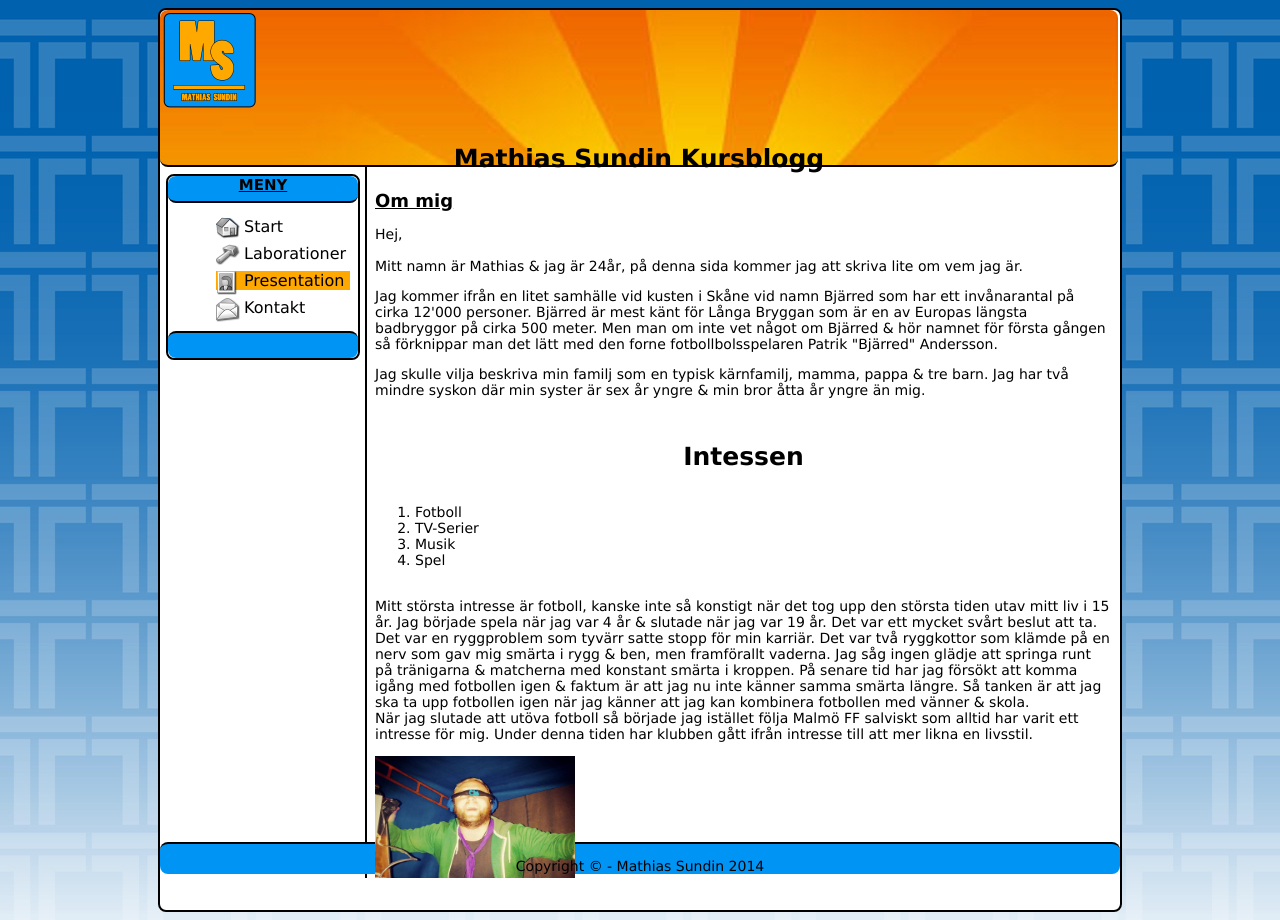
Repository: ms223uh/1ik415-laborationer
Page: www/pages/presentation.html
The author's editor kept a record of every edit. The page is drawn from the files as they stood at one moment, then again after the next edit.
The browser window is 1280 px wide. The pictures show the whole page.
An inner scrolling area shows only its first screen.

Above is the page before.

### www/pages/presentation.html
<!DOCTYPE html>

<html lang="sv">

    <head>
        <meta http-equiv="content-type" content="text/html; charset=utf-8" />
        <meta name="viewport" content="width=device-width, initial-scale=1.0" />

    <link rel="stylesheet" href="../css/style.css">
    <link rel="stylesheet" type="text/css" media="only screen and (max-width: 480px)" href="../css/mobile.css" />
    <link rel="stylesheet" href="../css/print.css">

        <title>Mathias Sundin</title>
    </head>
    <body>
    <!--Startsida-->

    <div id="wrapper">


    <div id="head">



            <img src="../pics/logo1.png" width="100" height="100" alt="Logo">

            <h4>Mathias Sundin Kursblogg</h4>




        </div>




<div id="meny">

<div id="head3"><h3>MENY</h3></div>
        <ul id="menyli">
            <li><a class="index" href="../index.html">Start</a></li>
            <li><a class="laborationer" href="laborationer.html">Laborationer</a></li>
            <li class="active"><a class="presentation" href="presentation.html">Presentation</a></li>
            <li><a class="kontakt" href="kontakt.html">Kontakt</a></li>

        </ul>



        <div id="footer2"> </div>

</div>

        <div id="content">





            <h2>Om mig</h2>

                <p>Hej,

            Mitt namn är Mathias & jag är 24år, på denna sida kommer jag att skriva lite om vem jag är. </p>

            <p>Jag kommer ifrån en litet samhälle vid kusten i Skåne vid namn Bjärred som har ett invånarantal på cirka 12'000 personer. Bjärred är mest känt för Långa Bryggan som är en av Europas längsta badbryggor på cirka 500 meter. Men man om inte vet något om Bjärred & hör namnet för första gången så förknippar man det lätt med den forne fotbollbolsspelaren Patrik "Bjärred" Andersson.</p>
            <p>Jag skulle vilja beskriva min familj som en typisk kärnfamilj, mamma, pappa & tre barn. Jag har två mindre syskon där min syster är sex år yngre & min bror åtta år yngre än mig.</p>

            <h4>Intessen</h4>
            <ol>
                <li>Fotboll</li>

                <li>TV-Serier</li>
                <li>Musik</li>
                <li>Spel</li>
            </ol>

            <p>
                Mitt största intresse är fotboll, kanske inte så konstigt när det tog upp den största tiden utav mitt liv i 15 år. Jag började spela när jag var 4 år & slutade när jag var 19 år. Det var ett mycket svårt beslut att ta. Det var en ryggproblem som tyvärr satte stopp för min karriär. Det var två ryggkottor som klämde på en nerv som gav mig smärta i rygg & ben, men framförallt vaderna. Jag såg ingen glädje att springa runt på tränigarna & matcherna med konstant smärta i kroppen. På senare tid har jag försökt att komma igång med fotbollen igen & faktum är att jag nu inte känner samma smärta längre. Så tanken är att jag ska ta upp fotbollen igen när jag känner att jag kan kombinera fotbollen med vänner & skola.
                När jag slutade att utöva fotboll så började jag istället följa Malmö FF salviskt som alltid har varit ett intresse för mig. Under denna tiden har klubben gått ifrån intresse till att mer likna en livsstil.
            </p>

            <a name="pic1"><img src="../pics/me1.jpeg" width="200" height="175"></a>
            <p>
                Ett av mina andra stora intresse är TV-Serier. Jag vet inte hur många serier jag har sett under mina år, man kan säga att jag har tappat räkningen för längesedan. Ett tag följde jag nog 5 serier samtidigt, så det blev ganska svårt att hålla koll på vilken som var vilken till slut. Vilket ledde till att jag tappade suget för  en del utav dom & sluta följa dom. Min topp3-lista för serier jag har sett består av: Band of Brothers, Lost & Weeds.
                Även musik är ett mycket stort intresse för mig - jag tycker att musik kan påverka oss olika lägen & situationer vi befinner oss i. Sen jobbar jag även som DJ på tillställningar ibland. En av mina drömmar är att spela på en stor housefestival, men då jag lägger för lite tid på spelningar så får jag vara glad för de spelningar jag gör.
                Data/TV-Spel är en stor passion. Förr vågade man inte tala om det på samma sätt som idag, & det beror väll på att E-Sporten har blivit mer accepterad i vårt samhälle idag än tidigare. Spelen jag spelar är CS:GO & SC2:Hots, FM-serien, men det spel jag nog har lagt flest timmar på är FIFA. Även det spel som har gett mig mest blåmärken på benen, då det är så stor prestige när man möter sina vänner. Så när man släpper in ett mål eller förlorar så slår man till sig själv.

            </p>

            <h4>Tidigare Erfarenhet</h4>

            <ul>
                <li><h4>Utbildning</h4>
                    <ul>
                        <li>Gymnasiet, El/data - Nätverk</li>
                        <li>Universitet, Lärare(avbruten)</li>
                        <li>Komvux</li>
                        <li>Fotboll, Tränare steg 1</li>
                    </ul>
                </li>
            </ul>

            <ul>
                <li><h4>Arbete</h4>
                    <ul>
                        <li>Vikarie, skola</li>
                        <li>Personlig assistent, diabetes</li>
                        <li>Servitör, restuarang</li>
                        <li>Fotbollstränare, fotbollsskola</li>
                    </ul>
                </li>
            </ul>


                   <p>
                       På gymnasiet läste jag el/data med inriktning på nätverk. Under denna utbildning fick jag även lära mig att koda i XHTML, CSS & SQL. Mitt gymnasie var privatägt & alla vet att då handlar det nästan bara om pengar. Så under mina tre år på skolan så hade vi tre rektorer, vilket påverkade min framtid efter studenten. Jag var mycket säker på vilken väg jag ville gå, men efter allt kaos på skolan så tappade jag motivationen för min utbildning.
                       Jag blev istället vikarie på flera enheter hemma i Bjärred, jag undervisade allt ifrån förskola till högstadie. Just då kändes detta som en naturlig väg att gå, så jag hoppade på lärarutbildningen i Uppsala. Under min studiegång i Uppsala fick jag reda på att min yngsta moster var sjuk i cancer & fokuset på skolan var inte helt 100. Men jag klarade mig fram till sommaren. När höstterminen började blev även min mosters läge sämre, samtalen hem blev allt mer frekvensa. Till slut bestämde jag mig för att ta en paus ifrån utbildningen då jag inte kunde hålla fullt fokus på grund av allt som pågick.
                       Jag bodde hemma i cirka en månad innan min moster gick bort. Någon vecka efter hennes bortgång var det dags att flytta upp till Uppsala igen & ta igen allt jag hade missat. Men det slutade med att jag avbröt mina studier helt & flyttade hem till Bjärre igen. När jag väl kom hem började jag jobba som vikarie igen & senare som  personlig assistent för en yngre kille med diabetes. Under denna tiden började intresset för min utbildning som jag läst på gymnasiet komma tillbaka & en massa idéer som  som jag vill göra i framtiden dök upp i huvudet på mig. Jag slutade som vikarie & började läsa upp två betyg på komvux i Malmö för att komma in på utbildningen som jag befinner mig på nu,
                       Utvecklare av Digitala Tjänster.
                   </p>

                  <dl>
                      <h4><dt>Vad jag är bra på</dt></h4>
                      <dd>
                          Jag är bra på att priotera vad som ska göras & struktuera upp saker & arbeten. Jag är även mycket bra på att föra mig socialt & har lätt för att skapa nya kontakter.
                          Idag är har jag stor motivation & har fullt fokus på det som jag arbetar med. Jag är mycket positiv & älskar att sprida glädje till min omgivning.
                      </dd>
                      <h4><dt>Vad jag är mindre bra på</dt></h4>
                      <dd>
                          En av mina svaga sidor är att jag ibland(inte så ofta) kan tappa humöret när saker & ting inte fungerar som det ska. Jag arbetar mycket på denna punkt för jag vet
                          att det kommer dyka upp många problemlösningar under utbilningen på LNU. Trots att jag är socialt lagd, så tycker jag inte om att redovisa, det är bland det värsta jag vet.
                          Men när jag väl har börjat så flyter det på.
                      </dd>
                  </dl>










        </div>

    <div id="footer">

        <p>Copyright © - Mathias Sundin 2014</p>

    </div>


        </div>
















    </body>
</html>

### www/css/style.css

/* Layout */

body
{
    background: url(pics/backgroundimage2.jpeg) no-repeat;
}


#wrapper
{
    background-color: #ffffff;
    width: 960px;
    height: 900px;
    margin-right: auto;
    margin-left: auto;
    border: solid 2px #000000;
    border-radius: 8px;

}




#head
{
    width: 958px;
    height: 155px;
    background-color: #FFFFFF;
    border-radius: 8px;
    border-bottom: solid 2px #000000;
    margin-top: 0px;
    background: url(pics/backgroundimage8.jpeg) no-repeat;


}


#head2
{
    width: auto;
    height: 25px;
    background-color: #0095F4;
    border-bottom: solid 2px #000000;
    text-align: center;
    border-radius: 8px;
    margin-top: 0px;
}


#head3
{
    width: auto;
    height: 25px;
    background-color: #0095F4;
    border-bottom: solid 2px #000000;
    text-align: center;
    border-radius: 8px;
    margin-top: -15px;
}




#content
{
    height: 695px;
    background-color: #ffffff;
    margin-left: 205px;
    margin-top: 0px;
    padding: 8px;
    overflow: auto;
    border-left: solid 2px #000000;
}




#meny
{
    /*background-image: url('pics/sprite.png') no-repeat;*/
    width: 190px;
    height: 182px;
    background-color: #FFFFFF;
    border: solid 2px #000000;
    float: left;
    margin-top: 7px;
    margin-left: 6px;
    border-radius: 8px;

}


#menyli a:link { text-decoration: none; color: #000000; font-family: verdana; font-size: 16px;}
#menyli a:visited { text-decoration: none; color: #000000; font-family: verdana; font-size: 16px; }
#menyli a:active { text-decoration: none; color: #000000; font-family: verdana; font-size: 16px; }
#menyli li a:hover { text-decoration: none; color: #CCCCCC; font-family: verdana; font-size: 16px; background: #0095F4; }


#menyli li
{
    list-style: none;
    margin: 8px;
}

#meny a
{
    background-image: url('pics/sprite.png');
    background-repeat:no-repeat;
    padding-left: 28px;
    padding-bottom: 5px;
}




#footer
{
    background-color: #0095F4;
    width: auto;
    height: 30px;
    border-radius: 8px;
    border-top: solid 2px #000000;
    text-align: center;
    vertical-align: middle;
    margin-top: -36px;

}


#footer2
{
    width: auto;
    height: 25px;
    background-color: #0095F4;
    border-top: solid 2px #000000;
    text-align: center;
    border-radius: 8px;
}


#footer3
{
    width: auto;
    height: 25px;
    background-color: #0095F4;
    border-top: solid 2px #000000;
    text-align: center;
    border-radius: 8px;
    margin-top: -157px;
}



/* Typografi */


p
{
    font-family: Verdana; font-size: 14px; color: #000000;
    white-space: pre-line;
}

h2
{
    font-family: Verdana; font-size: 18px; color: #000000; text-decoration: bold; text-decoration: underline;
}

h3
{
   font-family: Verdana; font-size: 15px; color: #000000; text-decoration: bold; text-decoration: underline;
}


h4
{
   font-family: Verdana; font-size: 25px; color: #000000; text-decoration: bold;
   text-align: center;
   margin-top: 0;
   padding-top: 30px;
}




h5
{
   font-family: Verdana; font-size: 15px; color: #5D5F60; text-decoration: bold;


}


ol
{
    font-family: Verdana; font-size: 14px; color: #000000;

}

ul
{
font-family: Verdana; font-size: 14px; color: #000000;

}

a:link { text-decoration: underline; color: #000000; font-family: verdana; font-size: 14px;}
a:visited { text-decoration: none; color: #000000; font-family: verdana; font-size: 14px; }
a:active { text-decoration: none; color: #000000; font-family: verdana; font-size: 14px; }
a:hover { text-decoration: none; color: #CCCCCC; font-family: verdana; font-size: 14px; }





thead
{
    background-color: #0095F4;
     color: #000000; font-family: verdana; font-size: 15px;
}

tfoot
{
    background-color: #0095F4;
     color: #000000; font-family: verdana; font-size: 15px;
}

table {
  border-collapse: collapse;

}


.active
{
    text-decoration: none; color: #FFFFFF; font-family: verdana; font-size: 16px; background: #FFA800
}

.right
{
    float: right;

}


.left
{
    float: left;

}


/* Sprites */

#meny li a.index
{
    background-position: 0 -49px;


}

#meny li a:hover.index
{
    background: url('pics/sprite.png') no-repeat 0 -1px;
	width: 24px;
	height: 22px

}


#meny li a.laborationer
{
    background: url('pics/sprite.png') no-repeat 0 -145px;
	width: 24px;
	height: 22px;

}

#meny li a:hover.laborationer
{
    background: url('pics/sprite.png') no-repeat 0 -97px;
	width: 24px;
	height: 22px;

}


#meny li a.presentation
{
    background: url(pics/sprite.png) no-repeat -1px -240px;
	width: 22px;
	height: 24px;
    text-indent: 20px;
}

#meny li a:hover.presentation
{
    background: url('pics/sprite.png') no-repeat -1px -192px;
	width: 22px;
	height: 24px;

}


#meny li a.kontakt
{
    background: url('pics/sprite.png') no-repeat 0 -336px;
	width: 24px;
	height: 24px;

}

#meny li a:hover.kontakt
{
    background: url('pics/sprite.png') no-repeat 0 -288px;
	width: 24px;
	height: 24px;

}


/* Kontaktformulär */

fieldset {
  padding: 5px;
  font-family: verdana;
  font-size: 14px;
  width: 450px;
  border: solid 1px #000000;
  }

label {
  float: left;
  width: 70px;
  margin-right: 15px;
  font-weight: bold;
  font-family: verdana;
  font-size: 14px;
  color: #000000;
  text-align: right;

  }

  textarea
  {
      width: 300px;
      height: 110px;
      resize: none;
      font-family: verdana;
      font-size: 12px;
      color: #000000;
  }

  input:invalid {
  background: #ffffff;
}

input:valid {
  background: #ffffff;
}

### www/css/print.css
@media print {


body {
    background:white; color:black;
}


#head, #head2, #head3, #meny, #footer, #footer2, #footer3
{
    display: none;
}


#wrapper, #content
{
   border: none;
   overflow: visible;
   margin: 0 auto;

}


a:link:after, a:visited:after
{
    content:" [" attr(href) "] ";

}


video
{
    display: none;
}


}

### www/css/mobile.css
@media screen and (max-width:480px){


body
{
  width: 100%;
  background: none;
    padding: 0;
    margin: 0;
}

#wrapper
{
 width: 100%;
 border: none;
 padding: 0;
 margin: 0;
}

#head
{
 width: 100%;
 border: solid 2px #000000;
 padding: 0;
 margin: 0;
 border: none;

}


#head3
{
 border: none;
 width: 100%;
 padding: 0;
    margin: 0;
}



#content
{
  width: 100%;
  border: none;
  margin-left: 0;
  height: auto;
  padding: 0;
  margin: 0;
}


#footer
{
 width: 100%;
 padding: 0;
 margin: 0;
 border: none;
}


#meny
{
width: 100%;
border: none;
padding: 0;
margin: 0;
}






.leftt{
 width:200px;
}

}


fieldset {
  padding: 0;
  font-family: verdana;
  font-size: 14px;
  width: auto;
  border: none;
  }

label {
  float: left;
  width: 70px;
  margin-right: 0;
  font-weight: bold;
  font-family: verdana;
  font-size: 14px;
  color: #000000;
  text-align: right;
  border: none;
  }

After the next edit:
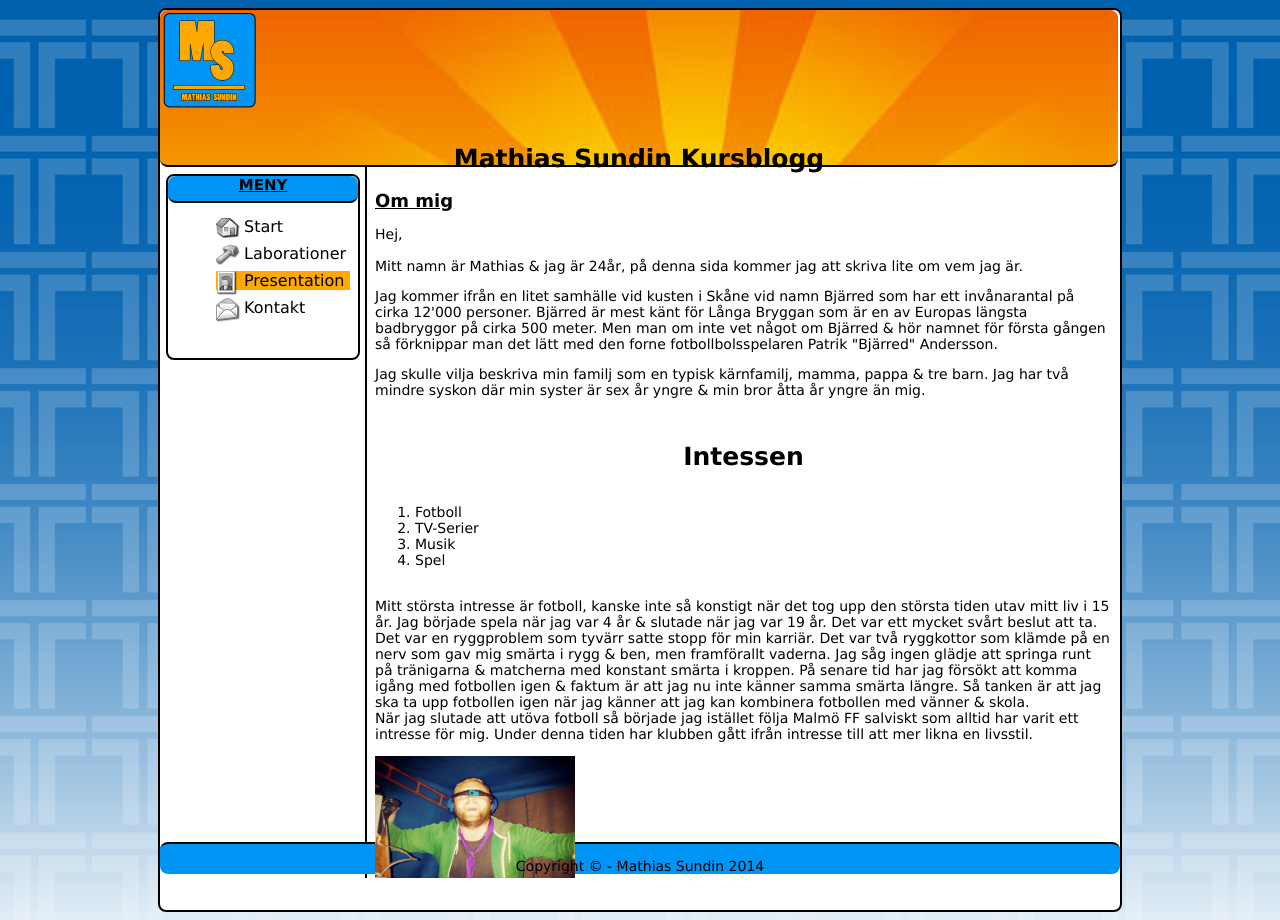
The edit:
--- a/www/pages/presentation.html
+++ b/www/pages/presentation.html
@@ -47,7 +47,7 @@
 
 
 
-        <div id="footer2"> </div>
+
 
 </div>
 
